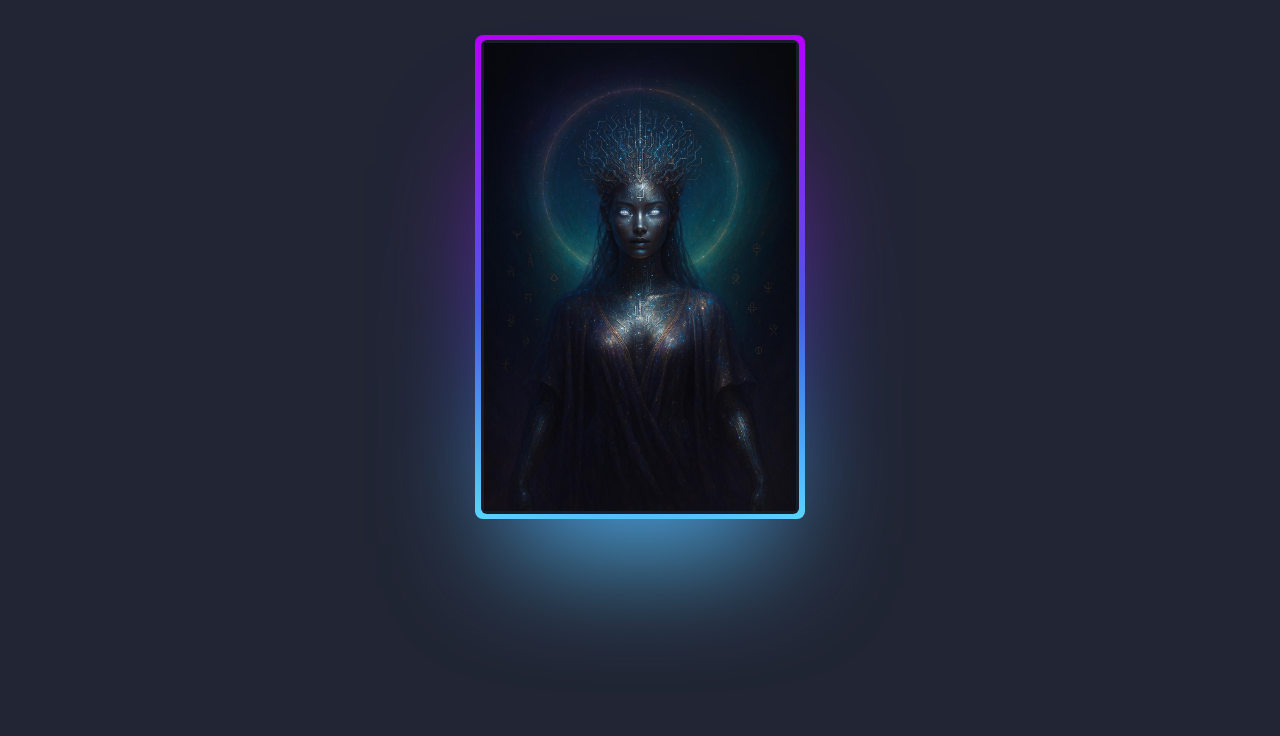
Repository: mertfurkandgn/artpainting
Page: card-1/index.html
These files come from the project's save history. The page is drawn as it stood at one moment and after the next save; the edit follows.
The browser window is 1280 px wide. The pictures show the whole page.

Above is the page before, as saved 2025-07-30 22:35:52.

### card-1/index.html
<!DOCTYPE html>
<html lang="en">
  <head>
    <meta charset="UTF-8" />
    <meta name="viewport" content="width=device-width, initial-scale=1.0" />
    <title>Card 1</title>
    <link rel="stylesheet" href="css/style.css" />
  </head>
  <body>
    <main>
      <section class="card-section">
        <div class="container">
          <div class="row">
          <div class="card">
  <img style="max-width: 100%; max-height: 100%; object-fit: cover;" src="./images/myart.jpg" alt="image">
</div>
          </div>
        </div>
      </section>
    </main>
  </body>
</html>

### card-1/css/style.css
.grid-container {
     max-width: 300px;
    max-height: 300px;
  display: grid;
  gap: 20px;
  grid-template-columns: repeat(2, 1fr);
  grid-template-areas:
    "box1 box1"
    "box2 box3"
    "box4 box4";
  padding: 20px;
}

.shoes{
    max-width: 100%;
    max-height: 100%;
}
.box {

  color: white;
  font-size: 1.5rem;
  text-align: center;
  border-radius: 8px;
}
/* Renkler ve alanlar */
.box1 {
    align-items: center;
    padding: 40px;
    margin: 0;
  background-color: #ff6b6b;
  grid-area: box1;

}

.box2 {
  background-color: #6bc1ff;
  grid-area: box2;
}

.box3 {
  background-color: #51d88a;
  grid-area: box3;
}

.box4 {
  background-color: #a77ff2;
  grid-area: box4;
}


@property --rotate {
  syntax: "<angle>";
  initial-value: 132deg;
  inherits: false;
}

:root {
  --card-height: 65vh;
  --card-width: calc(var(--card-height) / 1.5);
}


body {
  min-height: 100vh;
  background: #212534;
  display: flex;
  align-items: center;
  flex-direction: column;
  padding-top: 2rem;
  padding-bottom: 2rem;
  box-sizing: border-box;
}


.card {
  background: #191c29;
  width: var(--card-width);
  height: var(--card-height);
  padding: 3px;
  position: relative;
  border-radius: 6px;
  justify-content: center;
  align-items: center;
  text-align: center;
  display: flex;
  font-size: 1.5em;
  color: rgb(88 199 250 / 0%);
  cursor: pointer;
  font-family: cursive;
}

.card:hover {
  color: rgb(88 199 250 / 100%);
  transition: color 1s;
}
.card:hover:before, .card:hover:after {
  animation: none;
  opacity: 0;
}


.card::before {
  content: "";
  width: 104%;
  height: 102%;
  border-radius: 8px;
  background-image: linear-gradient(
    var(--rotate)
    , #5ddcff, #3c67e3 43%, #b700ff);
    position: absolute;
    z-index: -1;
    top: -1%;
    left: -2%;
    animation: spin 2.5s linear infinite;
}

.card::after {
  position: absolute;
  content: "";
  top: calc(var(--card-height) / 6);
  left: 0;
  right: 0;
  z-index: -1;
  height: 100%;
  width: 100%;
  margin: 0 auto;
  transform: scale(0.8);
  filter: blur(calc(var(--card-height) / 6));
  background-image: linear-gradient(
    var(--rotate)
    , #5ddcff, #3c67e3 43%, #b700ff);
    opacity: 1;
  transition: opacity .5s;
  animation: spin 2.5s linear infinite;
}

@keyframes spin {
  0% {
    --rotate: 0deg;
  }
  100% {
    --rotate: 360deg;
  }
}

a {
  color: #212534;
  text-decoration: none;
  font-family: sans-serif;
  font-weight: bold;
  margin-top: 2rem;
}

After the next save:
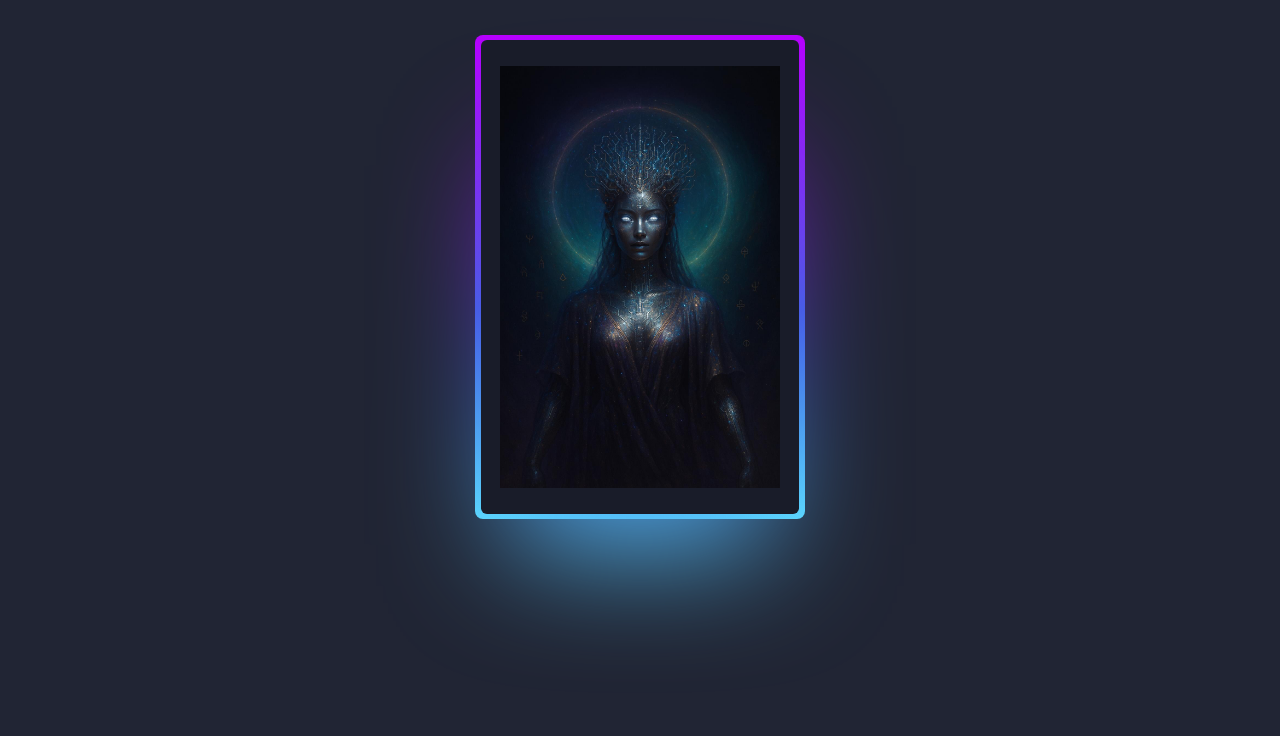
Saved 25 s later.
--- a/card-1/index.html
+++ b/card-1/index.html
@@ -12,7 +12,7 @@
         <div class="container">
           <div class="row">
           <div class="card">
-  <img style="max-width: 100%; max-height: 100%; object-fit: cover;" src="./images/myart.jpg" alt="image">
+  <img style="max-width: 90%; max-height: 90%; object-fit: cover;" src="./images/myart.jpg" alt="image">
 </div>
           </div>
         </div>
